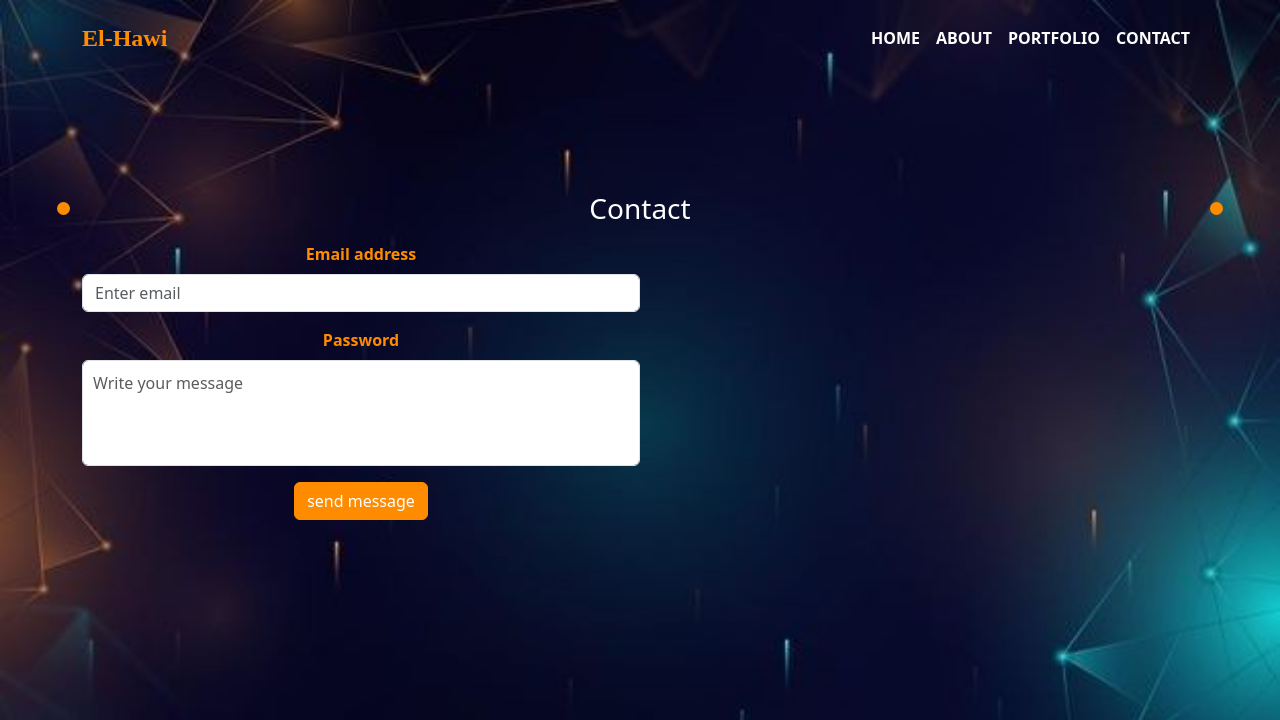
Repository: amralhawi123/Portfolio
Page: /contact
An editor plug-in stored every save of this project. The page is shown before and after a run of saves, followed by the edit.
The browser window is 1280 px wide. The pictures show the whole page.
The project was rebuilt for these pictures with package versions that can differ from the ones it lists, and the page was loaded fresh each time. Also part of the build but not shown: src/components/landing/landing.css, src/components/landing/landing.js, src/components/about/about.css, src/components/about/About.js, src/components/Portfolio/portfolio.css, src/components/Portfolio/Portfolio.js. Imported but missing from the stored project, and not drawn on this page: src/image/Amr Mahmoud Alhawi.pdf.

Above is the page before, as saved 2023-08-28 17:33:51.

After the next 2 saves:
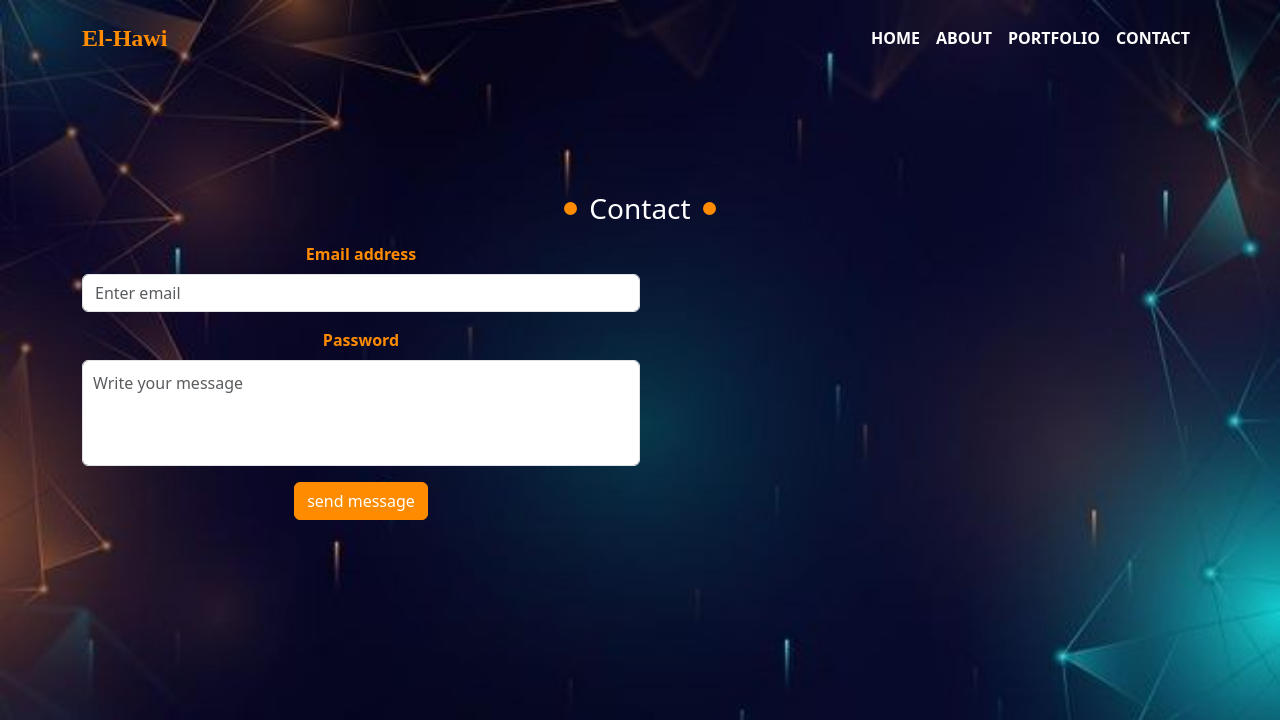
The 2 saves are shown as one change because they came seconds apart.
The last was saved 6 s later.
--- a/src/components/contact/contact.js
+++ b/src/components/contact/contact.js
@@ -4,8 +4,8 @@ import { Button, Form } from 'react-bootstrap'
 const Contact = () => {
   return (
     <div className='contact text-center' id='contact'>
-      <h3 className=' my-3 w-100'>Contact</h3>
-       <Form className='d-bloc'>
+      <h3 className=' my-3'>Contact</h3>
+       <Form>
       <Form.Group className="mb-3" controlId="formBasicEmail">
         <Form.Label>Email address</Form.Label>
         <Form.Control type="email" placeholder="Enter email" />
